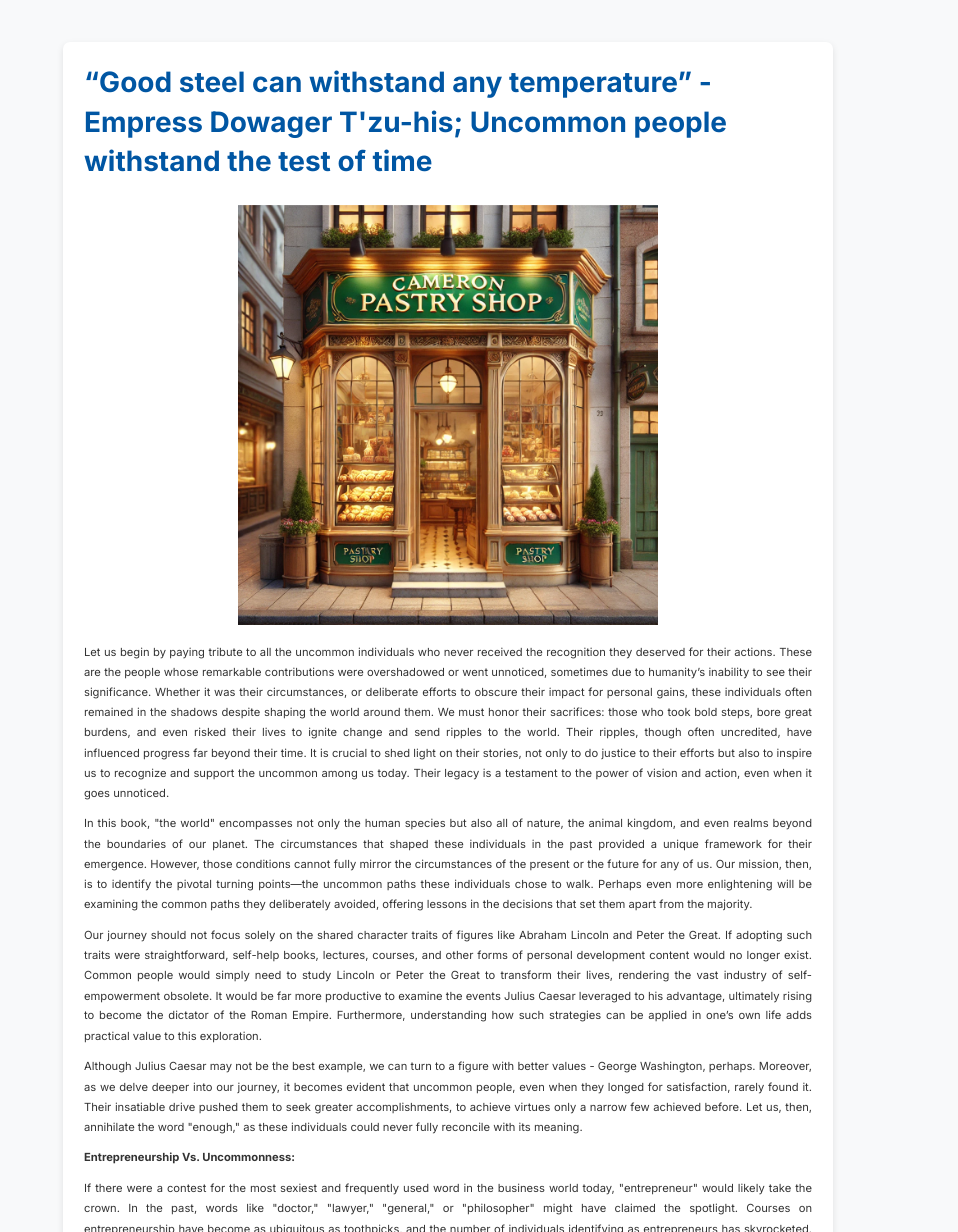
Repository: AvivGranot/Uncommon-Website
Page: Assets/Posts/post2.html
These files come from the project's save history. The page is drawn as it stood at one moment and after the next save; the edit follows.
The browser window is 1280 px wide. The page is 1280 px wide, then 1368 px, then 1280 px, so the pictures cover 1368 px, including what lies to the right of the window. The pictures show the part of the page from y = 0 to 1760 px (the page is 2848 px tall), at 70% of full size.

Above is the page before, as saved 2025-01-10 00:09:42.

### Assets/Posts/post2.html
<!DOCTYPE html>
<html lang="en">
<head>
    <meta charset="UTF-8">
    <meta name="viewport" content="width=device-width, initial-scale=1.0">
    <title>Entrepreneurship vs. Uncommonness?</title>
    <link href="https://fonts.googleapis.com/css2?family=Inter:wght@400;700&display=swap" rel="stylesheet">
    <style>
        * {
            margin: 0;
            padding: 0;
            box-sizing: border-box;
        }

        body {
            font-family: 'Inter', sans-serif;
            background-color: #f8f9fa;
            color: #333;
            line-height: 1.8;
            padding: 20px;
        }

        .container {
            max-width: 1100px;
            margin: 40px auto;
            padding: 30px;
            background-color: #fff;
            border-radius: 10px;
            box-shadow: 0 4px 10px rgba(0, 0, 0, 0.1);
        }

        h1 {
            font-size: 2.5rem;
            margin-bottom: 20px;
            line-height: 1.4;
            color: #0056a3;
        }

        p {
            font-size: 1rem;
            margin-bottom: 15px;
            text-align: justify;
        }

        .image {
    width: 100%; /* Fills the entire container width */
    max-width: none; /* Removes maximum width restriction */
    height: auto; /* Automatically adjusts height proportionally */
    max-height: 600px; /* Keeps height capped for balance */
    object-fit: contain; /* Maintains aspect ratio */
    border-radius: 10px; /* Adds rounded corners */
    margin: 15px 0;
}




        footer {
            text-align: center;
            margin-top: 40px;
            padding: 20px;
            background-color: #0056a3;
            color: white;
            border-radius: 10px;
        }

        footer a {
            color: #ffc107;
            text-decoration: none;
        }

        footer a:hover {
            text-decoration: underline;
        }
    </style>
</head>
<body>
    <div class="container">
        <h1>“Good steel can withstand any temperature” - Empress Dowager T'zu-his; Uncommon people withstand the test of time</h1>
        <img src="../Images/Cameron Pastry Shop.webp" alt="DALL-E Generated Image" class="image">
        <p>Let us begin by paying tribute to all the uncommon individuals who never received the recognition they deserved for their actions. These are the people whose remarkable contributions were overshadowed or went unnoticed, sometimes due to humanity’s inability to see their significance. Whether it was their circumstances, or deliberate efforts to obscure their impact for personal gains, these individuals often remained in the shadows despite shaping the world around them. We must honor their sacrifices: those who took bold steps, bore great burdens, and even risked their lives to ignite change and send ripples to the world. Their ripples, though often uncredited, have influenced progress far beyond their time. It is crucial to shed light on their stories, not only to do justice to their efforts but also to inspire us to recognize and support the uncommon among us today. Their legacy is a testament to the power of vision and action, even when it goes unnoticed.</p>
        <p>In this book, "the world" encompasses not only the human species but also all of nature, the animal kingdom, and even realms beyond the boundaries of our planet. The circumstances that shaped these individuals in the past provided a unique framework for their emergence. However, those conditions cannot fully mirror the circumstances of the present or the future for any of us. Our mission, then, is to identify the pivotal turning points—the uncommon paths these individuals chose to walk. Perhaps even more enlightening will be examining the common paths they deliberately avoided, offering lessons in the decisions that set them apart from the majority.</p>
        <p>Our journey should not focus solely on the shared character traits of figures like Abraham Lincoln and Peter the Great. If adopting such traits were straightforward, self-help books, lectures, courses, and other forms of personal development content would no longer exist. Common people would simply need to study Lincoln or Peter the Great to transform their lives, rendering the vast industry of self-empowerment obsolete. It would be far more productive to examine the events Julius Caesar leveraged to his advantage, ultimately rising to become the dictator of the Roman Empire. Furthermore, understanding how such strategies can be applied in one’s own life adds practical value to this exploration.</p>
        <p>Although Julius Caesar may not be the best example, we can turn to a figure with better values - George Washington, perhaps. Moreover, as we delve deeper into our journey, it becomes evident that uncommon people, even when they longed for satisfaction, rarely found it. Their insatiable drive pushed them to seek greater accomplishments, to achieve virtues only a narrow few achieved before. Let us, then, annihilate the word "enough," as these individuals could never fully reconcile with its meaning.</p>
        <p><b>Entrepreneurship Vs. Uncommonness:</b></p>
        <p>If there were a contest for the most sexiest and frequently used word in the business world today, "entrepreneur" would likely take the crown. In the past, words like "doctor," "lawyer," "general," or "philosopher" might have claimed the spotlight. Courses on entrepreneurship have become as ubiquitous as toothpicks, and the number of individuals identifying as entrepreneurs has skyrocketed. Alongside this meteoric surge, there’s been an explosion of lectures, interviews, and books on the topic. Success in entrepreneurship is anything but a precise science. If a winning formula was existed, proven, and easy to implement, it would already have been universally adopted, and the so-called "miracle" of entrepreneurship wouldn’t be celebrated as it is today. While there are undoubtedly valuable lessons to learn from past ventures, these guidelines are not akin to Einstein’s equation, E = mc², or as straightforward as 2 + 2 = 4. Unlike the entrepreneur, the uncommon individual operates in a higher atmosphere. An entrepreneur may achieve glory, fame, and immense wealth during their lifetime. But what happens after their death, or more importantly, centuries later? A successful entrepreneur might, surprisingly though, prevail as common, common even among the uncommon. Consider the influence of an ice cream entrepreneur, for example. If their focus is solely on manufacturing, distribution, and marketing within this narrow field, their impact on humanity, while significant in its own right, pales in comparison to that of truly uncommon individuals. Even with substantial wealth and assets, can their legacy rival the profound influence of Albert Einstein, Napoleon Bonaparte, or John D. Rockefeller?</p>
        <p>Now we understand that creating only a limited scope of values doesn’t always lead to being uncommon. Excelling in the top management, marketing, and distribution of an ice cream supply chain might establish someone as a successful entrepreneur. However, it doesn’t necessarily elevate to the status of an uncommon individual in the test of time. Our successful ice cream entrepreneur has undoubtedly created meaningful contributions: colleagues, competitors, employees, and even strangers may learn from his achievements. Nor should we underestimate the power of the small ripples he has generated. Whether it’s the joy and delight sparked by tasting his ice cream, relationships formed through shared moments, or even the self-discovery inspired by a failed date at his shop. Yet, creating a few ripples and localized value does not inherently make someone uncommon. In contrast, those who produce a mighty current of ripples and transformative values, impacting countless lives and shaping the world for generations, earn their place among the uncommon people.</p>
        <p>For instance, Thomas Edison was granted 1,093 patents in the United States alone and a total of 2,332 worldwide . Even if he had registered only a handful of patents, his financial and social status would likely have skyrocketed. However, Edison is universally regarded as an uncommon individual not just because of his inventions but because he consistently created value and generated ripples that advanced the world in profound and lasting ways.</p>
        <p>To quote Rober F. Kennedy beautiful, inspiring words: <b>“Few will have the greatness to bend history itself, but each of us can work to change a small portion of events. It is from numberless diverse acts of courage and belief that human history is shaped. Each time a man stands up for an ideal, or acts to improve the lot of others, or strikes out against injustice, he sends forth a tiny ripple of hope, and crossing each other from a million different centers of energy and daring those ripples build a current which can sweep down the mightiest walls of oppression and resistance”.</b></p>

        <footer>
            &copy; 2025 Uncommon People in a Common World. All rights reserved. Unauthorized use, copying, or reproduction of this content is prohibited. <a href="../../index.html">Back to Home</a>
        </footer>

    </div>
</body>
</html>

After the next save:
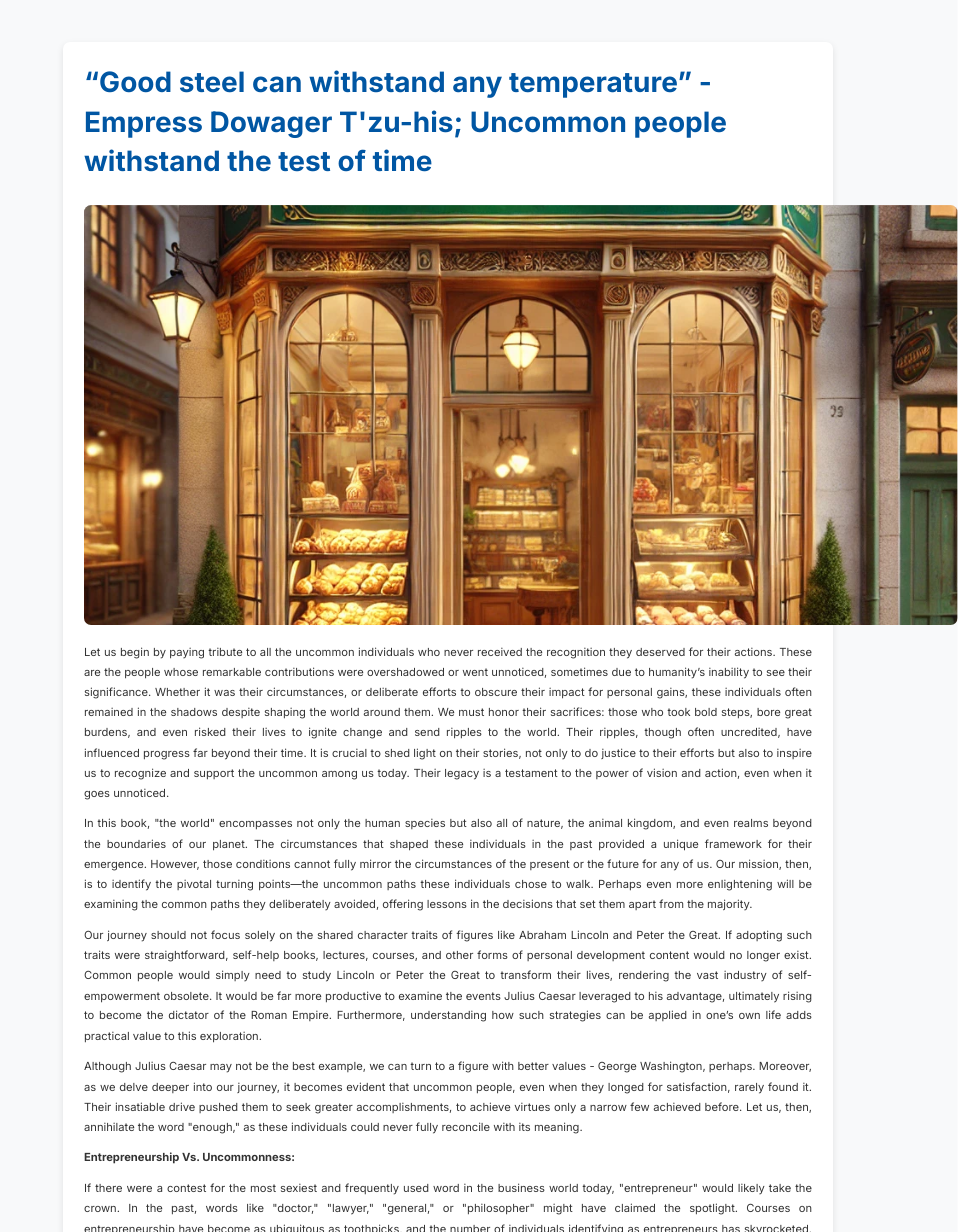
Saved 99 s later.
--- a/Assets/Posts/post2.html
+++ b/Assets/Posts/post2.html
@@ -43,14 +43,15 @@
         }
 
         .image {
-    width: 100%; /* Fills the entire container width */
-    max-width: none; /* Removes maximum width restriction */
-    height: auto; /* Automatically adjusts height proportionally */
-    max-height: 600px; /* Keeps height capped for balance */
-    object-fit: contain; /* Maintains aspect ratio */
-    border-radius: 10px; /* Adds rounded corners */
+    width: 120%; /* Makes the image wider than the container */
+    max-width: none; /* Removes the maximum width limitation */
+    height: auto; /* Automatically adjusts the height proportionally */
+    max-height: 600px; /* Maintains a reasonable height cap */
+    object-fit: cover; /* Ensures the image fills the space without distortion */
+    border-radius: 10px; /* Rounded corners */
     margin: 15px 0;
 }
+
 
 
 

After the save that followed:
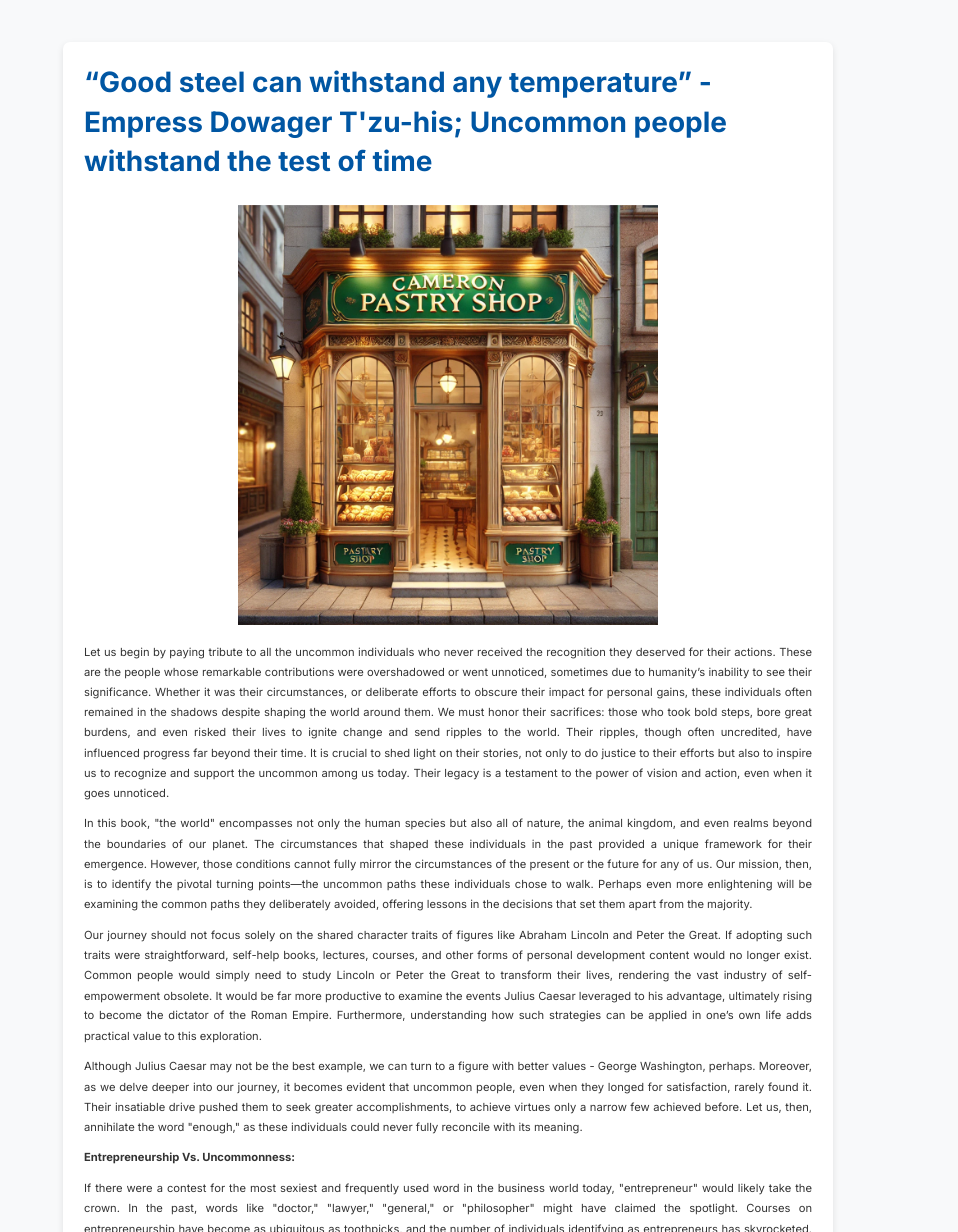
Saved 37 s later.
--- a/Assets/Posts/post2.html
+++ b/Assets/Posts/post2.html
@@ -43,15 +43,14 @@
         }
 
         .image {
-    width: 120%; /* Makes the image wider than the container */
-    max-width: none; /* Removes the maximum width limitation */
-    height: auto; /* Automatically adjusts the height proportionally */
-    max-height: 600px; /* Maintains a reasonable height cap */
-    object-fit: cover; /* Ensures the image fills the space without distortion */
-    border-radius: 10px; /* Rounded corners */
+    width: 100%; /* Fills the entire container width */
+    max-width: none; /* Removes maximum width restriction */
+    height: auto; /* Automatically adjusts height proportionally */
+    max-height: 600px; /* Keeps height capped for balance */
+    object-fit: contain; /* Maintains aspect ratio */
+    border-radius: 10px; /* Adds rounded corners */
     margin: 15px 0;
 }
-
 
 
 
